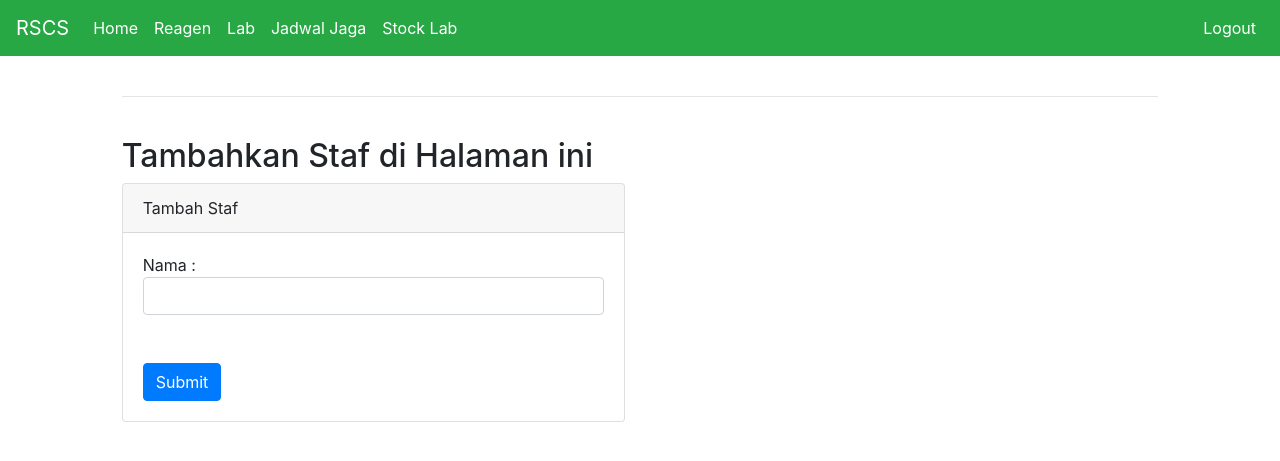
Repository: usamah1707/Tugas-Akhir-Kelompok-6
Page: http://localhost/add-staff
These files come from the project's save history. The page is drawn as it stood at one moment and after the next save; the edit follows.
The browser window is 1280 px wide. The pictures show the whole page.
The page is this project's Thymeleaf template; nobody is signed in. The template is opened directly, without the code that normally fills it, so the values that code supplies are empty.

Above is the page before, as saved 2019-06-04 07:49:24.

### TA_6/src/main/resources/templates/add-staff.html
<!DOCTYPE html>
<html xmlns:th="http://www.thymeleaf.org">
<head>
	<title>Add Staff</title>
	<object th:include="fragments/fragment :: css" th:remove="tag"></object>
    <object th:include="fragments/fragment :: js" th:remove="tag"></object>
</head>
<body>
	<nav th:replace="fragments/fragment :: navbar"></nav>
	<div class="container-fluid">
	<div class="row">
            <span class="col-md-1"></span>
            <div class="col-md-10">
                    <br>
                    <hr>
                    <br>
		<h2>Tambahkan Staf di Halaman ini</h2>
		<div class="row">
			<div class="col-md-6">
				<div class="card">
					<div class="card-header">Tambah Staf</div>
					<div class="card-body">
						<form th:action = "@{/lab/jadwal-jaga/staff}" th:object="${staff}" method="POST">
							Nama : <br>
							<input type="text" name="nama_staff" class="form-control"/>
							<br><br>
							<button type="submit" class="btn btn-primary">Submit</button>
						</form>
					</div>
				</div>

			</div>

		</div>

	</div>

</body>


</html>

### TA_6/src/main/resources/templates/fragments/fragment.html
<!DOCTYPE html>
<html xmlns:th="http://www.thymeleaf.org">

<head>
    <title>Home</title>
	<head th:fragment="metas">
		<meta charset="utf-8">
    	<meta name="viewport" content="width=device-width, initial-scale=1, shrink-to-fit=no">
	</head>
    <head th:fragment="css">
    	<link rel="stylesheet" th:href="@{/css/style.css}">
        <link rel="stylesheet" th:href="@{/css/bootstrap.min.css}">

    </head>

    <head th:fragment="js">
    	<script
  src="https://code.jquery.com/jquery-3.3.1.js"
  integrity="sha256-2Kok7MbOyxpgUVvAk/HJ2jigOSYS2auK4Pfzbm7uH60="
  crossorigin="anonymous"></script>
        <script th:src="@{/js/bootstrap.min.js}"></script>
    </head>
</head>

<body>
    <nav th:fragment="navbar" class="navbar navbar-expand-lg navbar-dark bg-success">
        <a class="navbar-brand" th:href="@{/}">RSCS</a>
        <div class="collapse navbar-collapse" id="navbarSupportedContent">
            <ul class="navbar-nav mr-auto">
                <li class="nav-item active">
                    <a class="nav-link" th:href="@{/}">Home</a>
                </li>

                <li class="nav-item active">
                    <a class="nav-link" th:href="@{/lab/kebutuhan}">Reagen</a>
                </li>
                 <li class="nav-item active">
                    <a class="nav-link" th:href="@{/lab/pemeriksaan}">Lab</a>
                </li>
                <li class="nav-item active">
                    <a class="nav-link" th:href="@{/lab/jadwal-jaga/view}">Jadwal Jaga</a>
                </li>
                 <li class="nav-item active">
                    <a class="nav-link" th:href="@{/lab/stok}">Stock Lab</a>
                </li>
            </ul>
            <ul class="navbar-nav pull-right">
            	<li class="nav-item active">
            		<a class="nav-link" th:href="@{/logout}">Logout</a>
            	</li>
            </ul>
        </div>
    </nav>
</body>

</html>

### TA_6/src/main/resources/static/css/style.css
body {
  background: #34495e;
  font: normal 300 18px "Roboto", sans-serif;
}

#menu-nav {
  max-width: 1000px;
  margin: 130px auto;
  background-color: #ecf0f1;
  border-radius: 4px;
  box-shadow: 0 2px 5px rgba(0, 0, 0, 0.3);
}

#navigation-bar ul {
  border-radius: 4px;
  overflow: hidden;
}
#navigation-bar li {
  float: left;
  width: 20%;
}
#navigation-bar li:hover a::before {
  right: 0;
  left: 0;
}
#navigation-bar a {
  color: #848484;
  font-size: 20px;
  text-decoration: none;
  text-align: center;
  padding: 20px 0;
  display: block;
  position: relative;
  transition: all 0.3s ease;
}
#navigation-bar a:hover {
  color: #e74c3c;
}
#navigation-bar a::before {
  content: "";
  transition: all 0.4s ease-in-out;
  position: absolute;
  right: 50%;
  left: 50%;
  bottom: 0;
  height: 2px;
  background-color: #e74c3c;
}
#navigation-bar a:hover::before {
  right: 0;
  left: 0;
}

li {
	list-style: none;
}

Loaded but not shown: TA_6/src/main/resources/static/css/bootstrap.min.css (library); TA_6/src/main/resources/static/js/bootstrap.min.js (library)

After the next save:
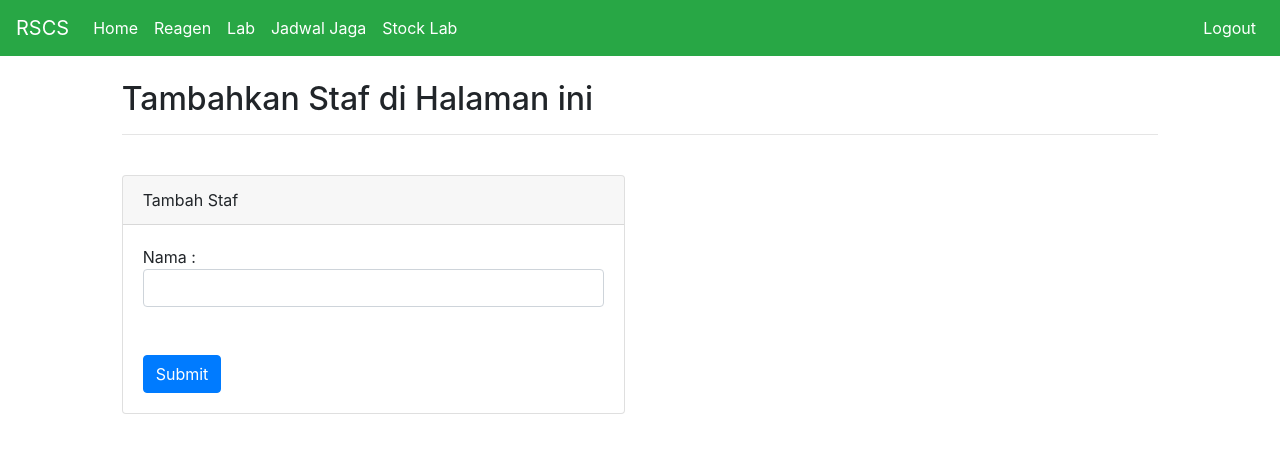
Saved 10 s later.
--- a/TA_6/src/main/resources/templates/add-staff.html
+++ b/TA_6/src/main/resources/templates/add-staff.html
@@ -12,9 +12,10 @@
             <span class="col-md-1"></span>
             <div class="col-md-10">
                     <br>
-                    <hr>
+
+		<h2>Tambahkan Staf di Halaman ini</h2>
+		                    <hr>
                     <br>
-		<h2>Tambahkan Staf di Halaman ini</h2>
 		<div class="row">
 			<div class="col-md-6">
 				<div class="card">
